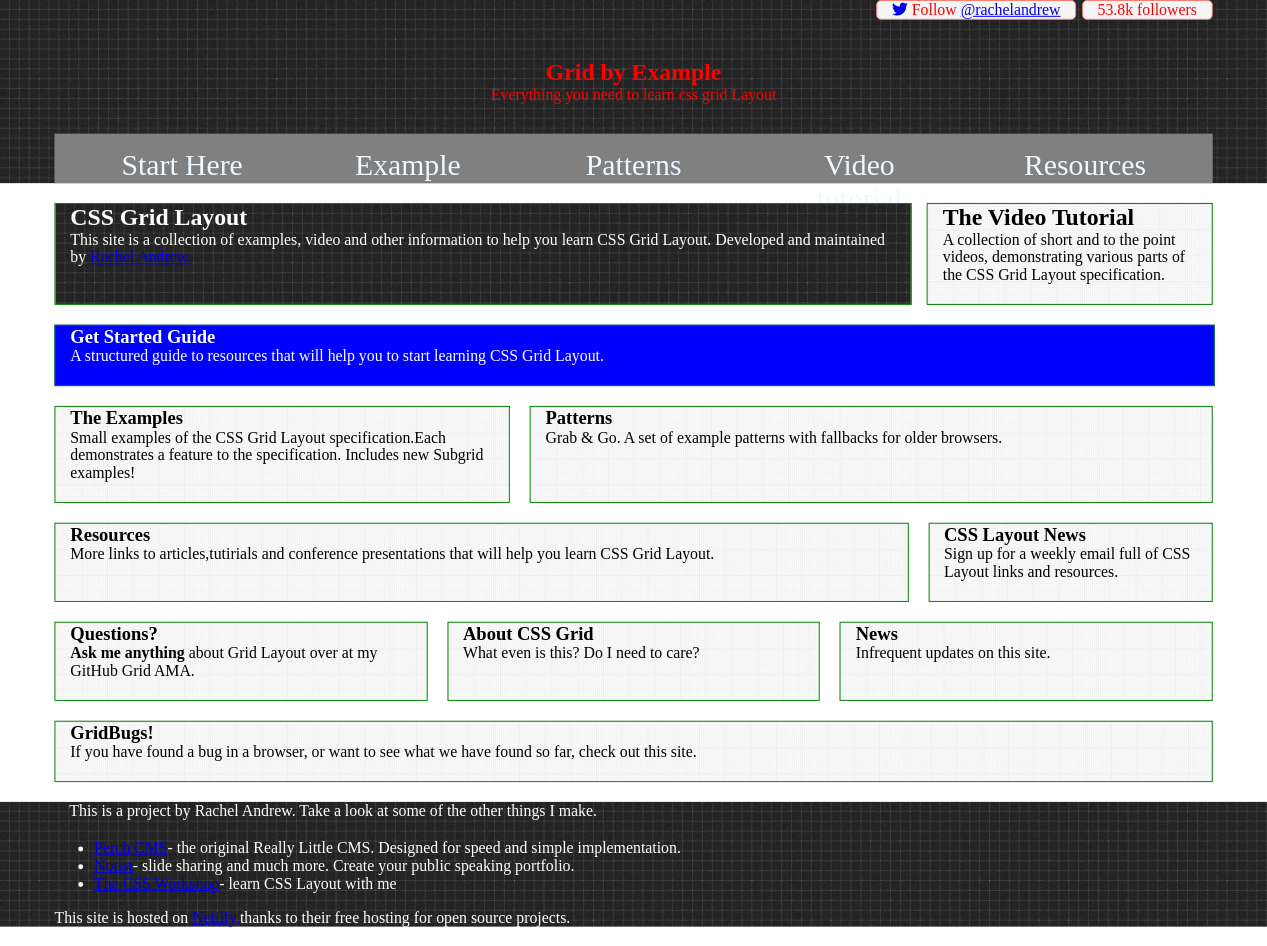
Repository: sitikhusushan/grid
Page: index.html
These files come from the project's save history. The page is drawn as it stood at one moment and after the next save; the edit follows.
The browser window is 1280 px wide. The pictures show the whole page, at 99% of full size.
Some web libraries are served in a nearby version.

Above is the page before, as saved 2020-05-13 23:08:47.

After the next save:
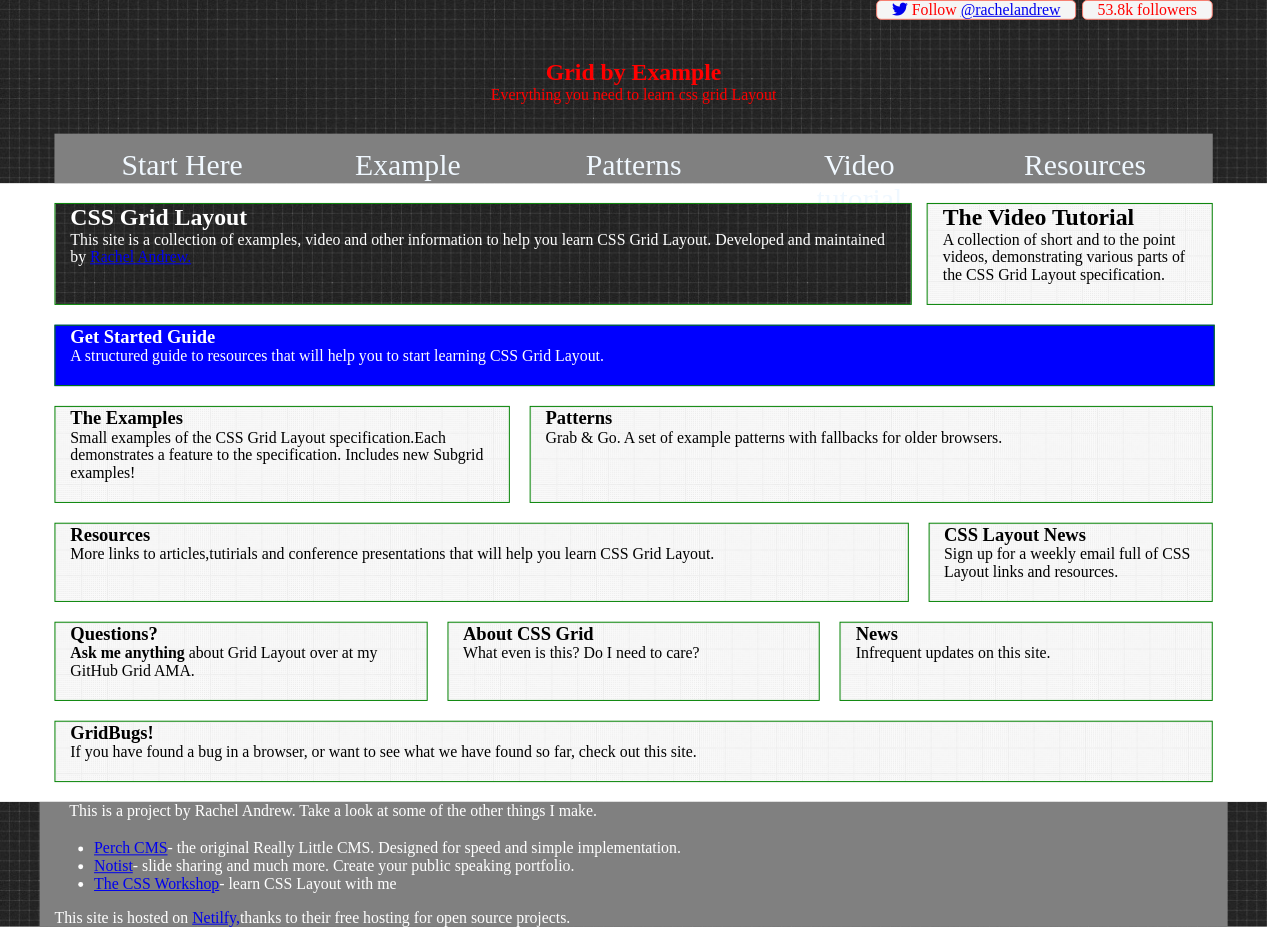
Saved 5 min 12 s later.
--- a/style.css
+++ b/style.css
@@ -183,3 +183,7 @@
 p {
   margin-bottom: 20px;
 }
+
+.foo .container {
+  background-color: grey;
+}
